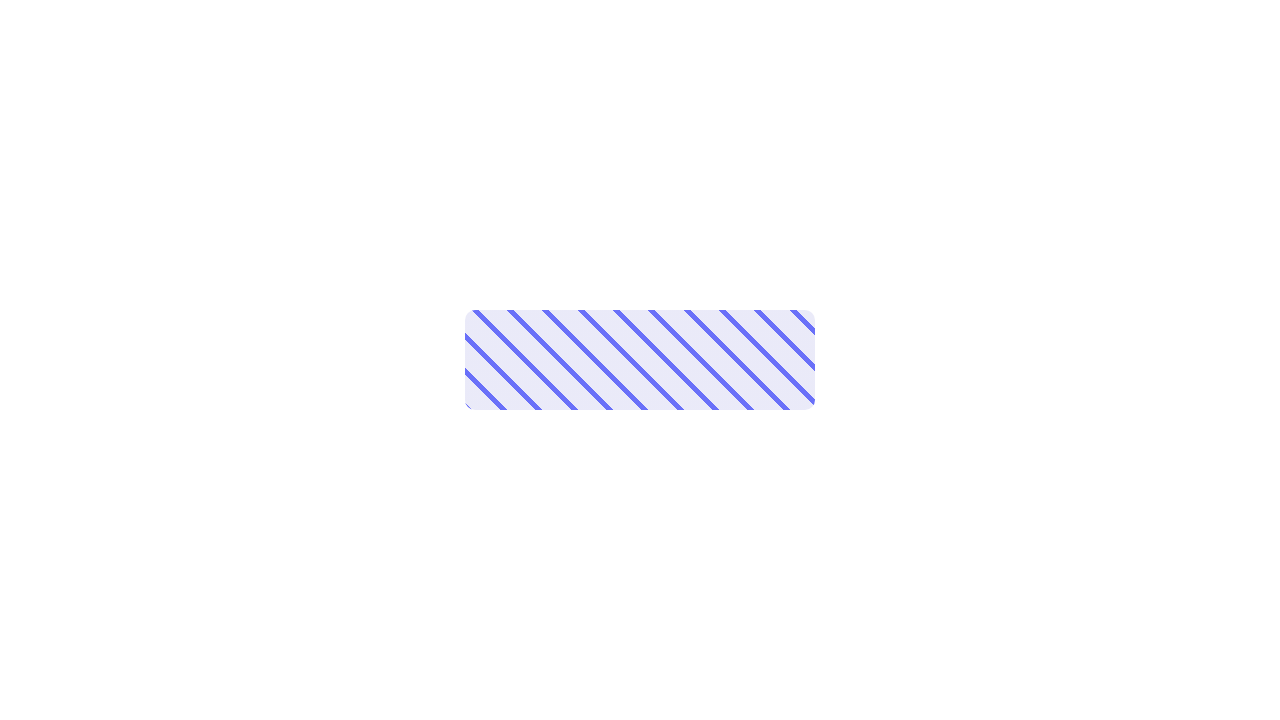
Repository: Abdo-Hosni123/Html-and-css-projects
Page: index.html
The author's editor kept a copy of each file at every save. The page is drawn from the files as they stood at one save, then again after the next save.
The browser window is 1280 px wide. The pictures show the whole page.

Above is the page before, as saved 2023-12-05 22:00:42.

After the next save:
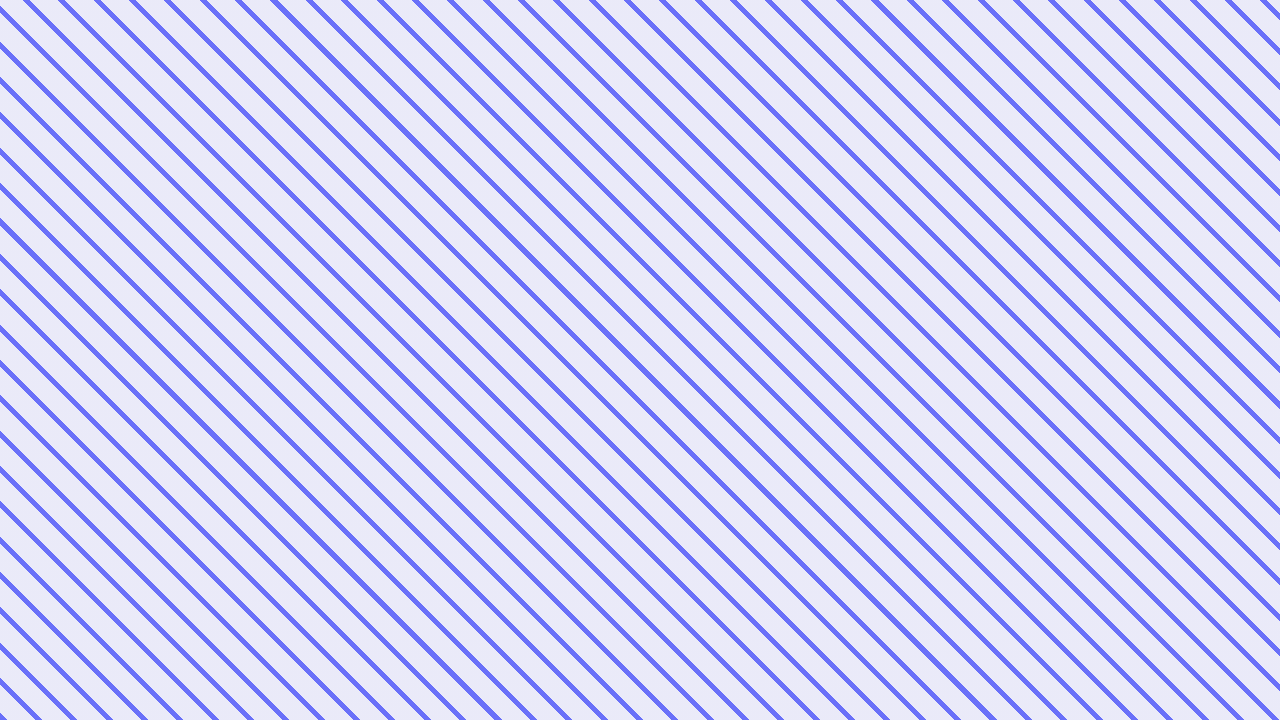
Saved 36 s later.
--- a/Style.css
+++ b/Style.css
@@ -31,10 +31,9 @@
     align-items: center;
     justify-content: center;
     min-height: 100vh;
-    /* background-color: #000000;
-    opacity: 0.1;
-    background-image: linear-gradient(45deg, #070708 50%, #000000 50%);
-    background-size: 7px 7px; */
+    background-color: #e5e5f7;
+    opacity: 0.8;
+    background: repeating-linear-gradient( 45deg, #444cf7, #444cf7 5px, #e5e5f7 5px, #e5e5f7 25px )
 
 }
 .card {
@@ -46,8 +45,6 @@
 }
 .top {
     height: 100px;
-    background-color: #e5e5f7;
-    opacity: 0.8;
-    background: repeating-linear-gradient( 45deg, #444cf7, #444cf7 5px, #e5e5f7 5px, #e5e5f7 25px );
+;
 
 }
